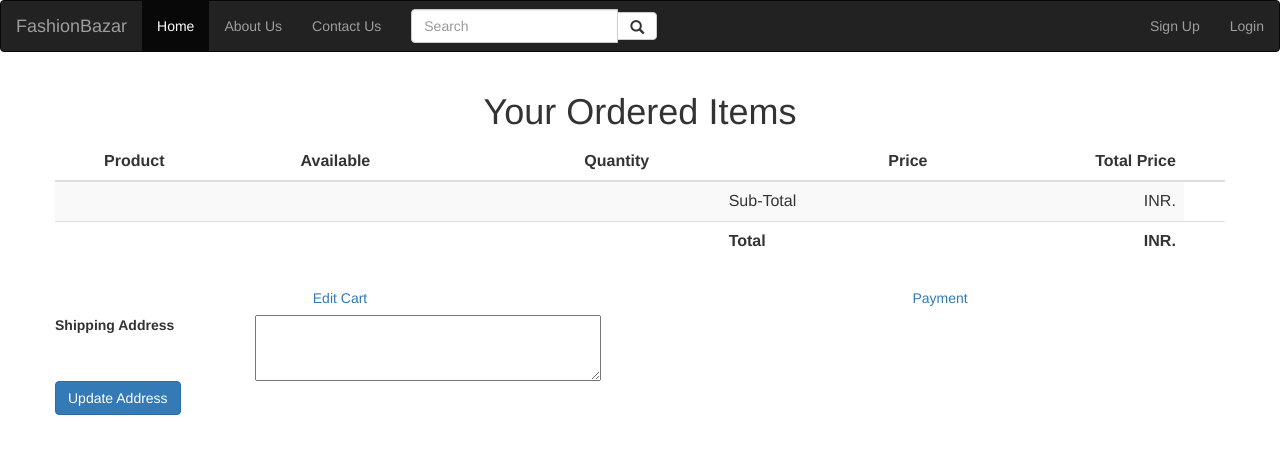
Repository: SmithaMendonca/Project-1
Page: http://localhost/FashionBazarFrontend/WEB-INF/views/OrderConfirm.jsp
An editor plug-in stored every save of this project. The page is shown before and after the next save, followed by the edit.
The browser window is 1280 px wide. The pictures show the whole page.
The page is served by Tomcat 9. Nobody is signed in. Other server files are loaded and not shown. The template is opened directly, without the code that normally fills it, so the values that code supplies are empty.

Above is the page before, as saved 2019-06-05 16:34:47.

### FashionBazarFrontend/src/main/webapp/WEB-INF/views/OrderConfirm.jsp
<%@include file="Header.jsp"%>
 <section class="text-center">
    <div class="container">
        <h1>Your Ordered Items</h1>
     </div>
</section>
<div class="container mb-4">
    <div class="row">
        <div class="col-12">
            <div class="table-responsive">
                <table class="table table-striped">
                    <thead>
                        <tr>
                            <th scope="col"> </th>
                            <th scope="col">Product</th>
                            <th scope="col">Available</th>
                            <th scope="col" class="text-center">Quantity</th>
                            <th scope="col" class="text-right">Price</th>
                            <th scope="col" class="text-right">Total Price</th>
                            <th> </th>
                        </tr>
                    </thead>
                    <tbody>
                      <c:forEach items="${cartItems}" var="cartItem">
                        <tr>
                            <form action="<c:url value="/updateCartItem/${cartItem.cartItemId}"/>" method="get">
                            <tr>
                            <td><img src="<c:url value="/resources/images/${cartItem.productId}.jpg"/>" width="30" height="30"/> </td>
                            <td>${cartItem.productName}</td>
                            <td>In stock</td>
                            <td class="text-center">${cartItem.quantity}</td>
                            <td class="text-right">${cartItem.price}</td>
                             <td class="text-right">${cartItem.price * cartItem.quantity}</td>
                          </tr>
                            </form>
                        </tr>
                        </c:forEach>
                        <tr>
                            <td></td>
                            <td></td>
                            <td></td>
                            <td></td>
                            <td>Sub-Total</td>
                            <td class="text-right">INR.${grandTotal}</td>
                        </tr>
                        <tr>
                            <td></td>
                            <td></td>
                            <td></td>
                            <td></td>
                            <td><strong>Total</strong></td>
                            <td class="text-right"><strong>INR.${grandTotal}</strong></td>
                            <td></td>
                        </tr>
                    </tbody>
                </table>
            </div>
        </div>
        <div class="col mb-2">
            <div class="row">
                <div class="col-sm-12  col-md-6">
                     <a href="<c:url value="/showCart"/>" class="btn btn-block btn-light">Edit Cart</a>
                </div>
                <div class="col-sm-12 col-md-6 text-right">
                    <a href="<c:url value="/payment"/>" class="btn btn-block btn-light">Payment</a>
                </div>
            </div>
            <form action="<c:url value="/updateAddr"/>" method="post">
            <div class="row">
                <div class="col-sm-2 col-xs-12 col-md-2">
                    <label id="addr1">Shipping Address</label>
            	</div>
            	 <div class="col-sm-8 col-xs-12 col-md-6">
            	      <textarea cols="40" rows="3" name="addr">${addr}</textarea>
            	 </div>
                 <div class="col-sm-10 col-xs-16 col-md-5">
                 	<input type="submit" value="Update Address" class="btn btn-primary"/>
                 </div>
        </div>
        </form>
    </div>
    </div>
   </div>

</body>
</html>

### FashionBazarFrontend/src/main/webapp/WEB-INF/views/Header.jsp
<%@ page language="java" contentType="text/html"%>
<%@ taglib uri="http://java.sun.com/jsp/jstl/core" prefix="c"%>
<%@taglib prefix="form" uri="http://www.springframework.org/tags/form"%>
<html>
<head>
<title>Welcome to Fashion Bazar</title>
 <meta charset="utf-8">
 <meta name="viewport" content="width=device-width, initial-scale=1">
 <link rel="stylesheet" href="https://maxcdn.bootstrapcdn.com/bootstrap/3.4.0/css/bootstrap.min.css">
  <script src="https://ajax.googleapis.com/ajax/libs/jquery/3.4.0/jquery.min.js"></script>
  <script src="https://maxcdn.bootstrapcdn.com/bootstrap/3.4.0/js/bootstrap.min.js"></script>
</head>
<body>
	  <nav class="navbar navbar-inverse">
      <div class="container-fluid">
        <div class="navbar-header">
	         <a class="navbar-brand" href="#">FashionBazar</a>
        </div>
        <ul class="nav navbar-nav">
         <c:if test="${!sessionScope.loggedIn }">
	      <li class="active"><a href="index.jsp">Home</a></li>
          <li><a href="<c:url value="/aboutus"/>">About Us</a></li>
          <li><a href="<c:url value="/contactus"/>">Contact Us</a></li>
          <form class="navbar-form navbar-left">
  				<div class="input-group">
    			  <input type="text" class="form-control" placeholder="Search">
   				 	<div class="input-group-btn">
      				<button class="btn btn-default" type="submit">
        				<i class="glyphicon glyphicon-search"></i>
      				</button>
    				</div>
  				</div>
			</form>
         </c:if>

         <c:if test="${sessionScope.loggedIn }">
               <c:if test="${sessionScope.role=='ROLE_ADMIN' }">
	      <li><a href="<c:url value="/category"/>">Category Management</a></li>
          <li><a href="<c:url value="/product"/>">Product Management</a></li>
               </c:if>
         </c:if>

          <c:if test="${sessionScope.loggedIn }">
              <c:if test="${sessionScope.role=='ROLE_USER' }">
           <li><a href="<c:url value="/productPage"/>">Products</a></li>
          <li><a href="<c:url value="/showCart"/>">Cart</a></li>
              </c:if>
          </c:if>
       </ul>

       <ul class="nav navbar-nav navbar-right">
         <c:if test="${!sessionScope.loggedIn }">
	     	<li><a href="<c:url value="/register"/>"><span-class="glyphicon glyphicon-user"></span> Sign Up</a></li>
        	 <li><a href="<c:url value="/login"/>"><span-class="glyphicon glyphicon-log-in"></span> Login</a></li>
         </c:if>

         <c:if test="${sessionScope.loggedIn }">
            <li><a href="#"><span-class="glyphicon glyphicon-user"></span> ${sessionScope.username}</a></li>
            <li><a href="<c:url value="/perform_logout"/>"><span-class="glyphicon glyphicon-log-in"></span> Logout</a></li>
         </c:if>
       </ul>
     </div>
    </nav>
</body>
</html>

After the next save:
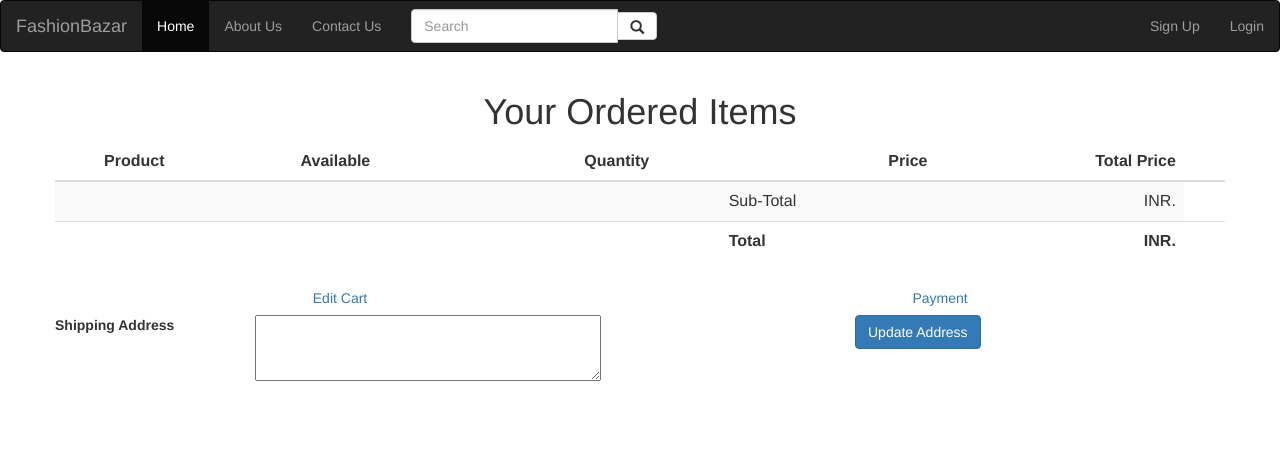
Saved 63 s later.
--- a/FashionBazarFrontend/src/main/webapp/WEB-INF/views/OrderConfirm.jsp
+++ b/FashionBazarFrontend/src/main/webapp/WEB-INF/views/OrderConfirm.jsp
@@ -73,7 +73,7 @@
             	 <div class="col-sm-8 col-xs-12 col-md-6">
             	      <textarea cols="40" rows="3" name="addr">${addr}</textarea>
             	 </div>
-                 <div class="col-sm-10 col-xs-16 col-md-5">
+                 <div class="col-sm-2 col-xs-12 col-md-2">
                  	<input type="submit" value="Update Address" class="btn btn-primary"/>
                  </div>
         </div>
